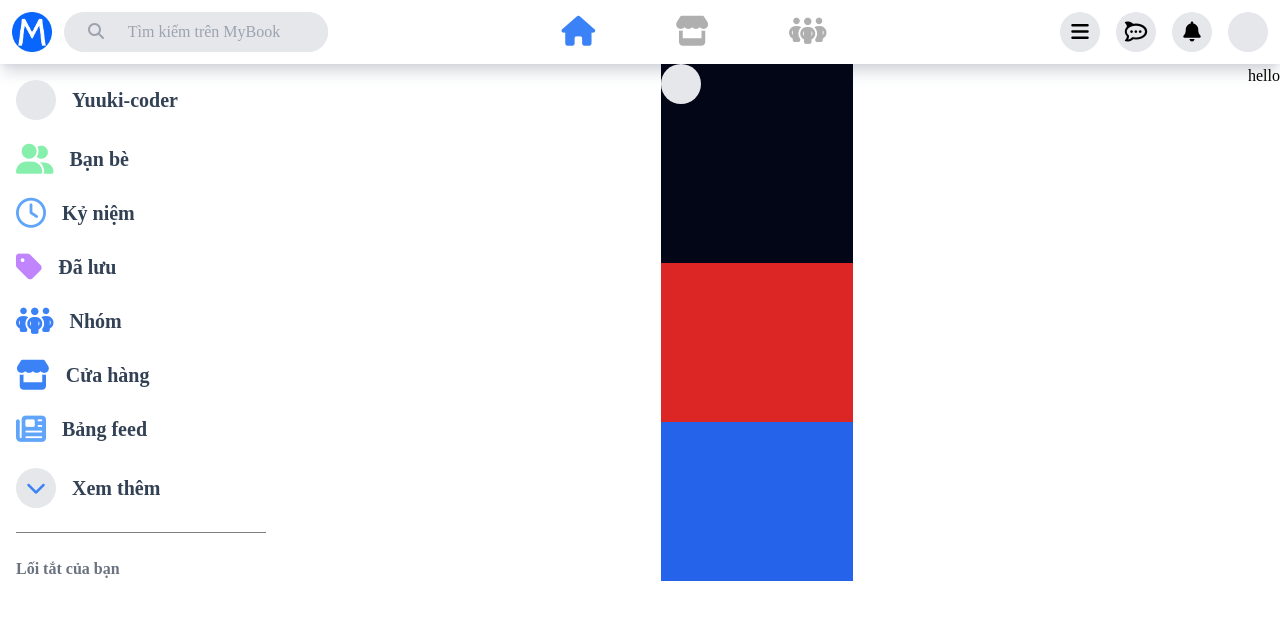
Repository: Yuukicoder/MyBook
Page: / (app in mybook/)
These files come from the project's save history. The page is drawn as it stood at one moment and after the next save; the edit follows.
The browser window is 1280 px wide. The pictures show the whole page.
The project was rebuilt for these pictures with package versions that can differ from the ones it lists, and the page was loaded fresh each time.

Above is the page before, as saved 2023-12-14 09:16:40.

After the next save:
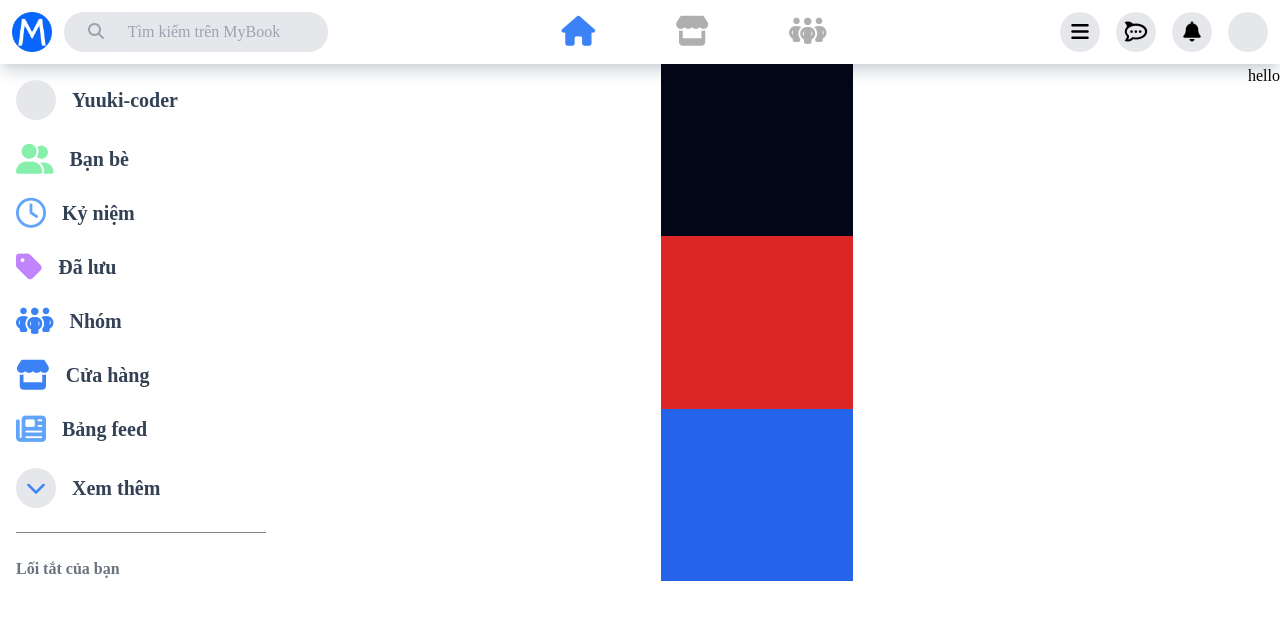
Saved 7 s later.
--- a/mybook/src/News.js
+++ b/mybook/src/News.js
@@ -5,8 +5,7 @@ var News = () =>(
     <div class="grid">
         <div class="News_Story bg-slate-950">
             <div class="Story_Page w-48">
-                <div class="avatar"></div>
-                <div class="author"></div>
+               {Story_Page}
             </div>
         </div>
         <div class="News_Tools bg-red-600"></div>
